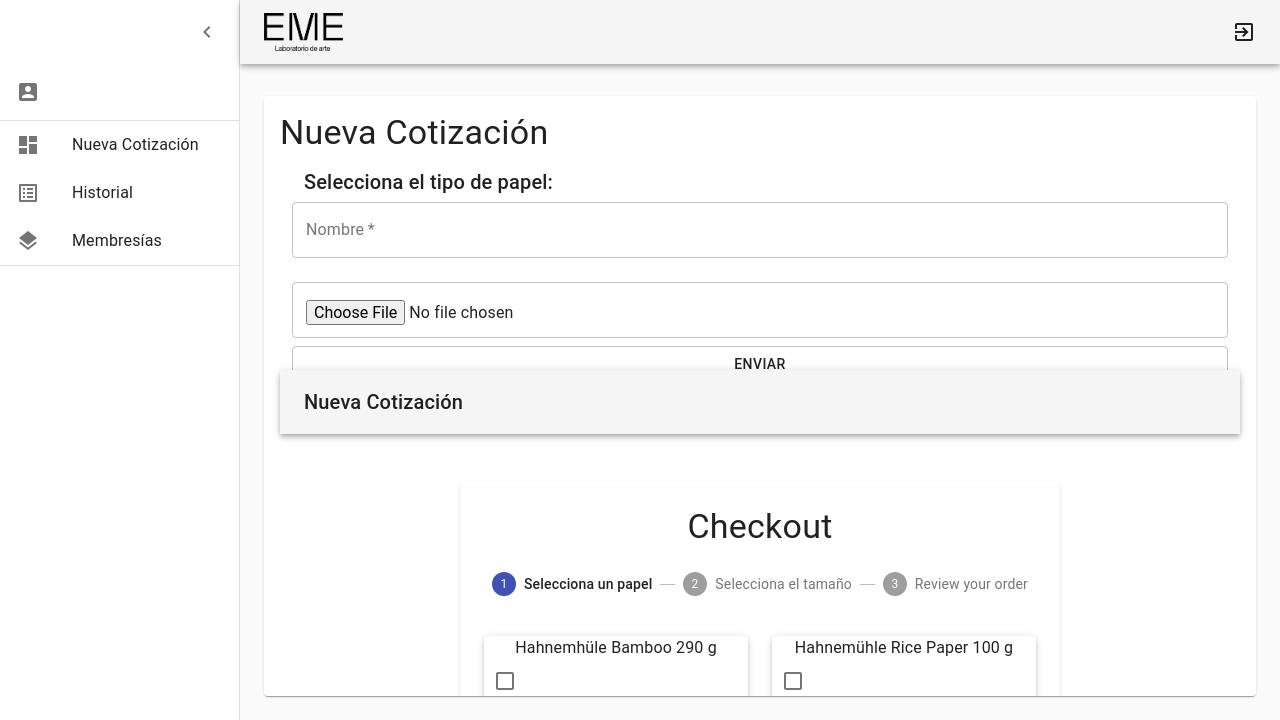
Repository: BrendaCarranco/eme-lab
Page: /Trabajo
The author's editor kept a copy of each file at every save. The page is drawn from the files as they stood at one save, then again after the next save.
The browser window is 1280 px wide. The pictures show the whole page.
An inner scrolling area shows only its first screen. Some web libraries are served in a nearby version. The project was rebuilt for these pictures with package versions that can differ from the ones it lists, and the page was loaded fresh each time. Also part of the build but not shown: src/components/buildingPage/Building.js, src/temaConfig.js, src/components/buildingPage/Landing.js, src/components/login/Reset.js, src/components/Dashboard/Historial.js, src/components/Dashboard/Membresias.js, src/components/Dashboard/SizeForm.js, src/components/Dashboard/Review.js and 6 more.

Above is the page before, as saved 2020-08-30 20:27:45.

After the next save:
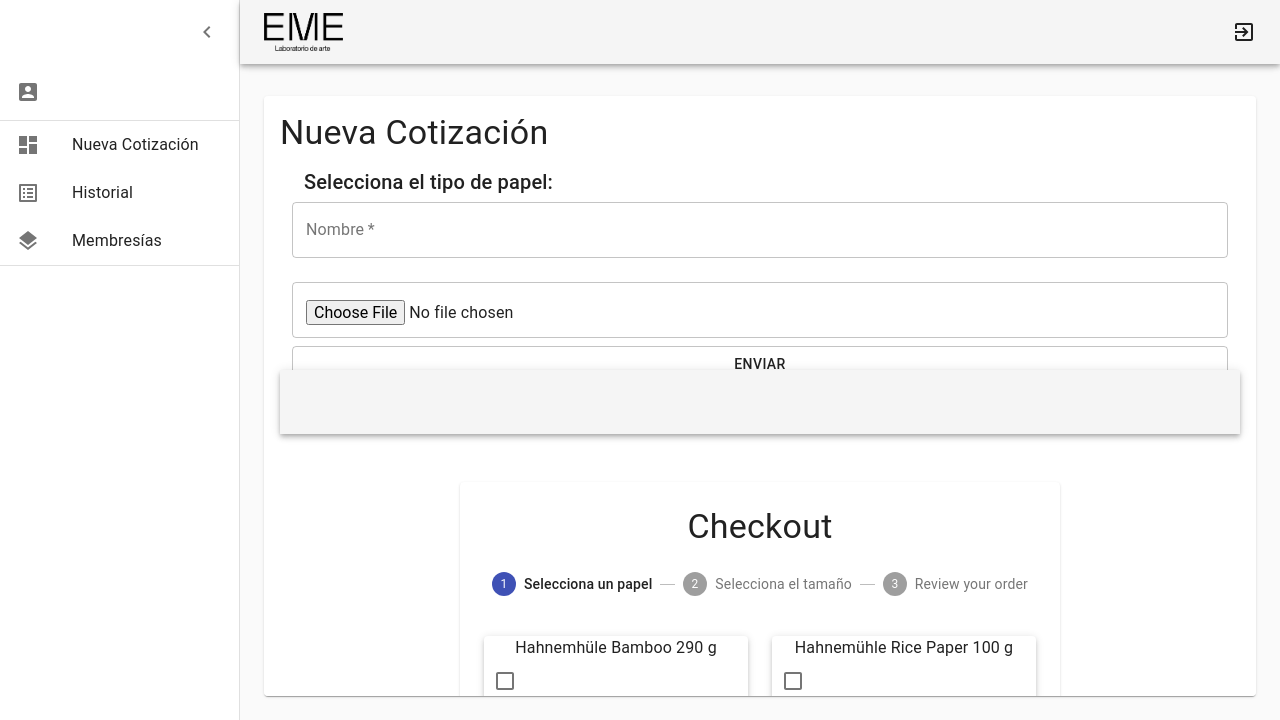
Saved 19 s later.
--- a/src/components/Dashboard/Checkout.js
+++ b/src/components/Dashboard/Checkout.js
@@ -96,9 +96,7 @@ export default function Checkout() {
       <CssBaseline />
       <AppBar position="absolute" color="default" className={classes.appBar}>
         <Toolbar>
-          <Typography variant="h6" color="inherit" noWrap>
-            Nueva Cotización
-          </Typography>
+
         </Toolbar>
       </AppBar>
       <main className={classes.layout}>
